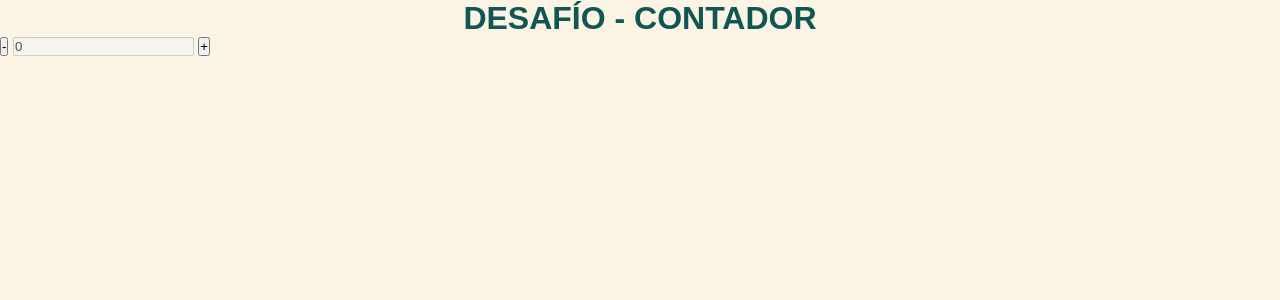
Repository: r-urchi/vue-coderhouse
Page: index.html
These files come from the project's save history. The page is drawn as it stood at one moment and after the next save; the edit follows.
The browser window is 1280 px wide. The pictures show the whole page.
The style sheet was rebuilt from its Sass, Less or Tailwind sources for each picture, by a compiler version that may differ from the author's.

Above is the page before, as saved 2021-11-13 10:58:07.

### index.html
<!DOCTYPE html>
<html lang="en">
<head>
    <meta charset="UTF-8">
    <meta http-equiv="X-UA-Compatible" content="IE=edge">
    <meta name="viewport" content="width=device-width, initial-scale=1.0">
    <link rel="stylesheet" href="css/main.css">
    <script src="https://cdn.jsdelivr.net/npm/vue@2.6.14/dist/vue.js"></script>
    <script defer src="js/app.js"></script>
    <title>Clase 2</title>
</head>
<body>

    <div id="app">

        <h1>Desafío - Contador</h1>
        <div class="counter__container">
            <button v-on:click=subtract() class="counter__btn">-</button>
            <input type="number" v-bind:value="counterValue" class="counter__value" disabled/>
            <button v-on:click=add() class="counter__btn">+</button>
        </div>

    </div>

</body>
</html>

### js/app.js
var app = new Vue({
    el: '#app',
    data: {
      counter: 0,
    },
    methods: {
        add(){
            this.counter++;
        },
        subtract(){
            this.counter === 0 ? this.counter = 0 : this.counter--;
        },
    },
    computed: {
        counterValue(){
            return this.counter
        },
    },
});

### css/main.sass
@import _basic

@import _counter

### css/_basic.sass
*
    margin: 0
    padding: 0
    box-sizing: border-box

body
    background: #FBF3E4
    font-family: sans-serif
    color: #105652

#app
    width: 100%
    height: 100%

### css/_counter.sass
h1
    text-align: center
    text-transform: uppercase
    font

After the next save:
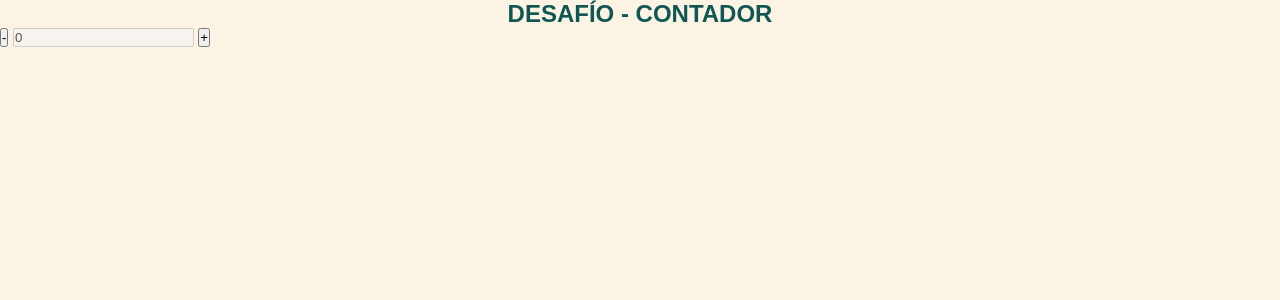
Saved 5 s later.
--- a/css/_counter.sass
+++ b/css/_counter.sass
@@ -1,4 +1,4 @@
 h1
     text-align: center
     text-transform: uppercase
-    font
+    font-size: 1.5rem
